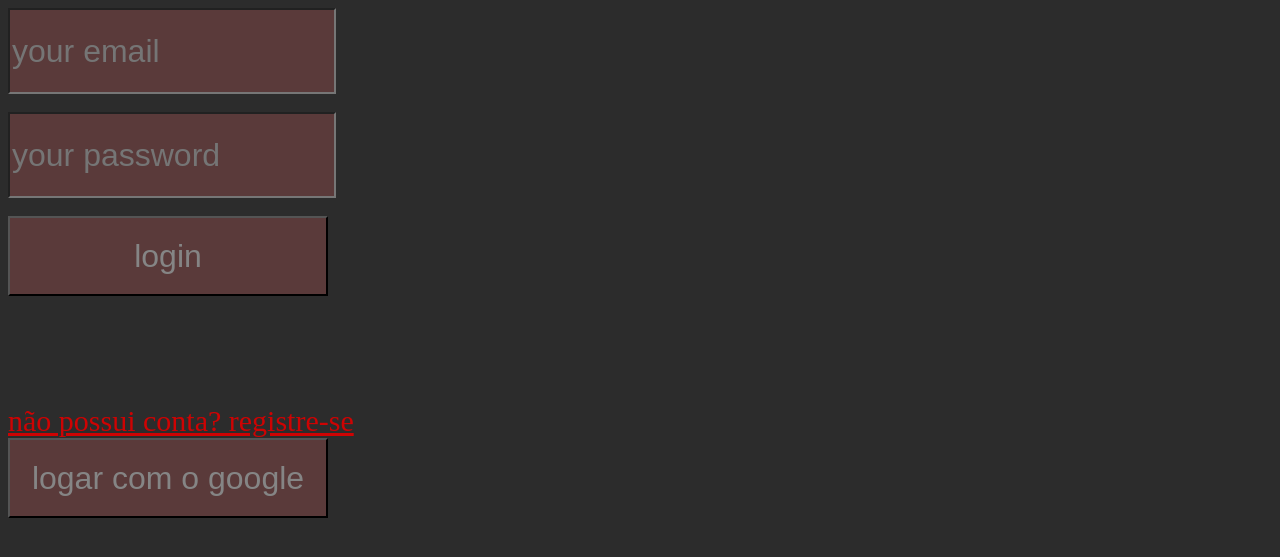
Repository: Vinicius-Borges7/NMLS
Page: frontend/pages/index.html
The author's editor kept a copy of each file at every save. The page is drawn from the files as they stood at one save, then again after the next save.
The browser window is 1280 px wide. The pictures show the whole page.

Above is the page before, as saved 2023-05-22 14:52:55.

### frontend/pages/index.html
<!DOCTYPE html>
<html lang="en">
<head>
    <meta charset="UTF-8">
    <meta http-equiv="X-UA-Compatible" content="IE=edge">
    <meta name="viewport" content="width=device-width, initial-scale=1.0">
    <title>login</title>

    <link href="../styles/index.css" rel="stylesheet"/>
    <script src="../scripts/index.js" async></script>
</head>
<body>
    <section>
        <input name="email" id="iptEmail" placeholder="your email" required/><br/><br/>
        <input name="password" id="iptPassword" placeholder="your password" required/><br/><br/>
        <button onclick="login()">login</button><br/><br/><br/><br/><br/>
    </section>
    <br/>
    <section>
        <br/>
        <a href="file:///C:/Users/if4health/Desktop/LoginSystem/frontend/pages/register.html">não possui conta? registre-se</a>
    </section>
    <section>
        <button>logar com o google</button>
    </section>
</body>
</html>

### frontend/styles/index.css
body{
    background-color: rgb(44, 44, 44);
}

input{
    background-color: rgb(90, 58, 58);
    width: 20rem;
    height: 5rem;
    font-size: 2rem;

    color: rgb(206, 3, 3);
}

button{
    background-color: rgb(90, 58, 58);
    width: 20rem;
    height: 5rem;
    font-size: 2rem;

    color: rgb(133, 133, 133);
}

a{
    color: rgb(206, 3, 3);
    font-size: 30px;
}

### frontend/scripts/index.js
async function login() {
    const email = document.querySelector('#iptEmail').value;
    const password = document.querySelector('#iptPassword').value;

    const body = {
      email: email,
      password: password
    };

    try {
      const response = await fetch('http://localhost:8080/user/login', {
        method: 'POST',
        headers: {
          'Content-Type': 'application/json'
        },
        body: JSON.stringify(body)
      });

      let data = await response.json();

      if(response.status === 200){
        console.log(data.token);
      }

      if (response.status === 401) {
        throw new Error('Credenciais inválidas');
      }

      if (!response.ok) {
        throw new Error('Erro na requisição');
      }

    } catch (error) {
      console.error(error);
        window.alert("senha incorreta")
    }
  }

After the next save:
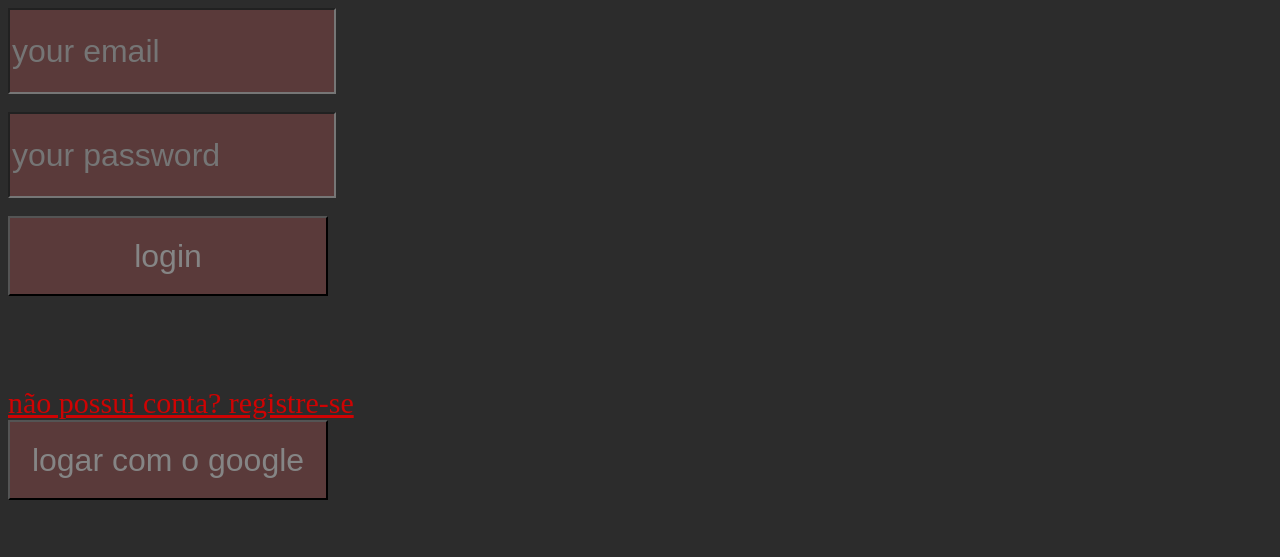
Saved 4 s later.
--- a/frontend/pages/index.html
+++ b/frontend/pages/index.html
@@ -17,8 +17,8 @@
     </section>
     <br/>
     <section>
+        <a href="file:///C:/Users/if4health/Desktop/LoginSystem/frontend/pages/register.html">não possui conta? registre-se</a>
         <br/>
-        <a href="file:///C:/Users/if4health/Desktop/LoginSystem/frontend/pages/register.html">não possui conta? registre-se</a>
     </section>
     <section>
         <button>logar com o google</button>
